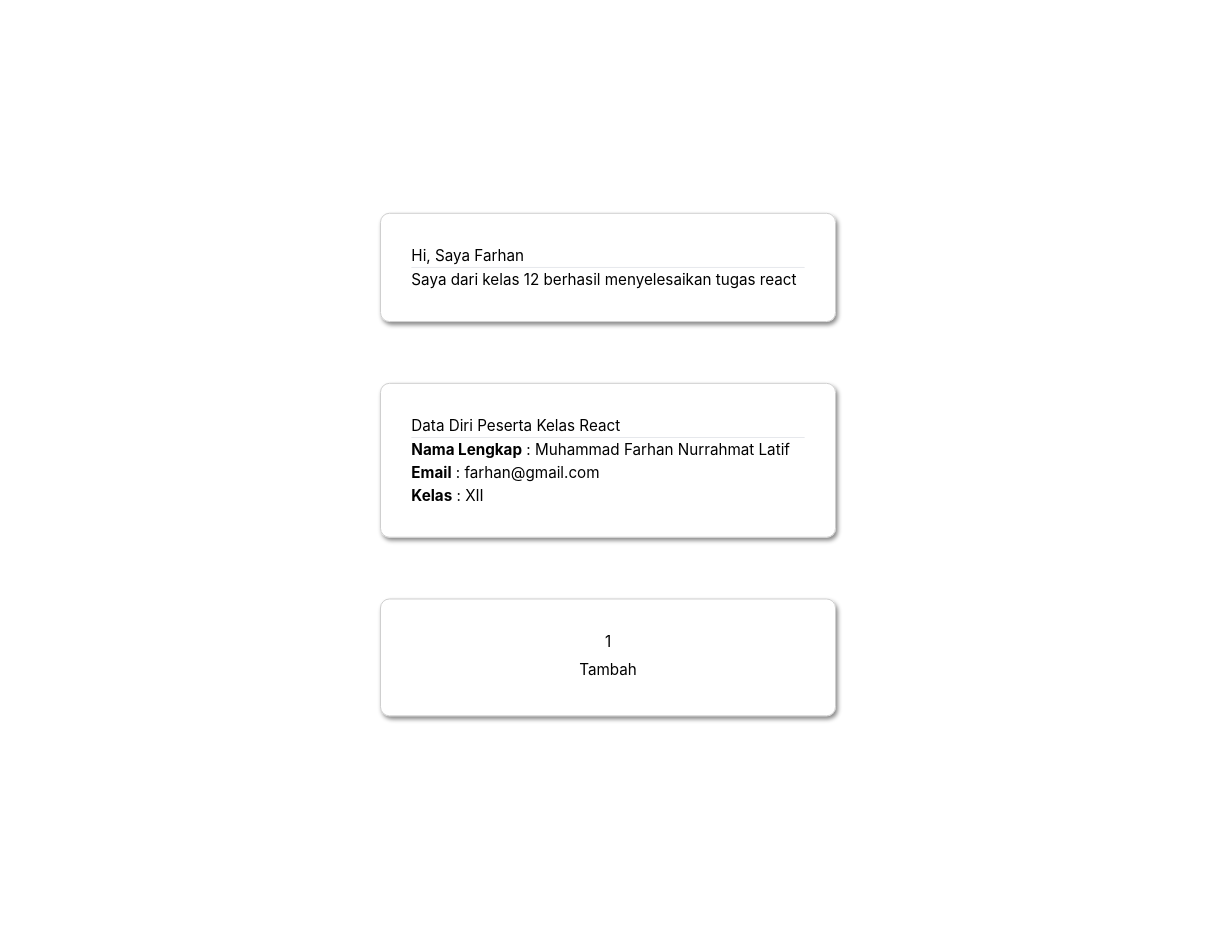
Repository: mfarhannr/Tugas-Reactjs_Farhan
Page: /
An editor plug-in stored every save of this project. The page is shown before and after the next save, followed by the edit.
The browser window is 1280 px wide. The pictures show the whole page, at 95% of full size.
The project was rebuilt for these pictures with package versions that can differ from the ones it lists, and the page was loaded fresh each time.

Above is the page before, as saved 2024-05-06 15:06:31.

After the next save:
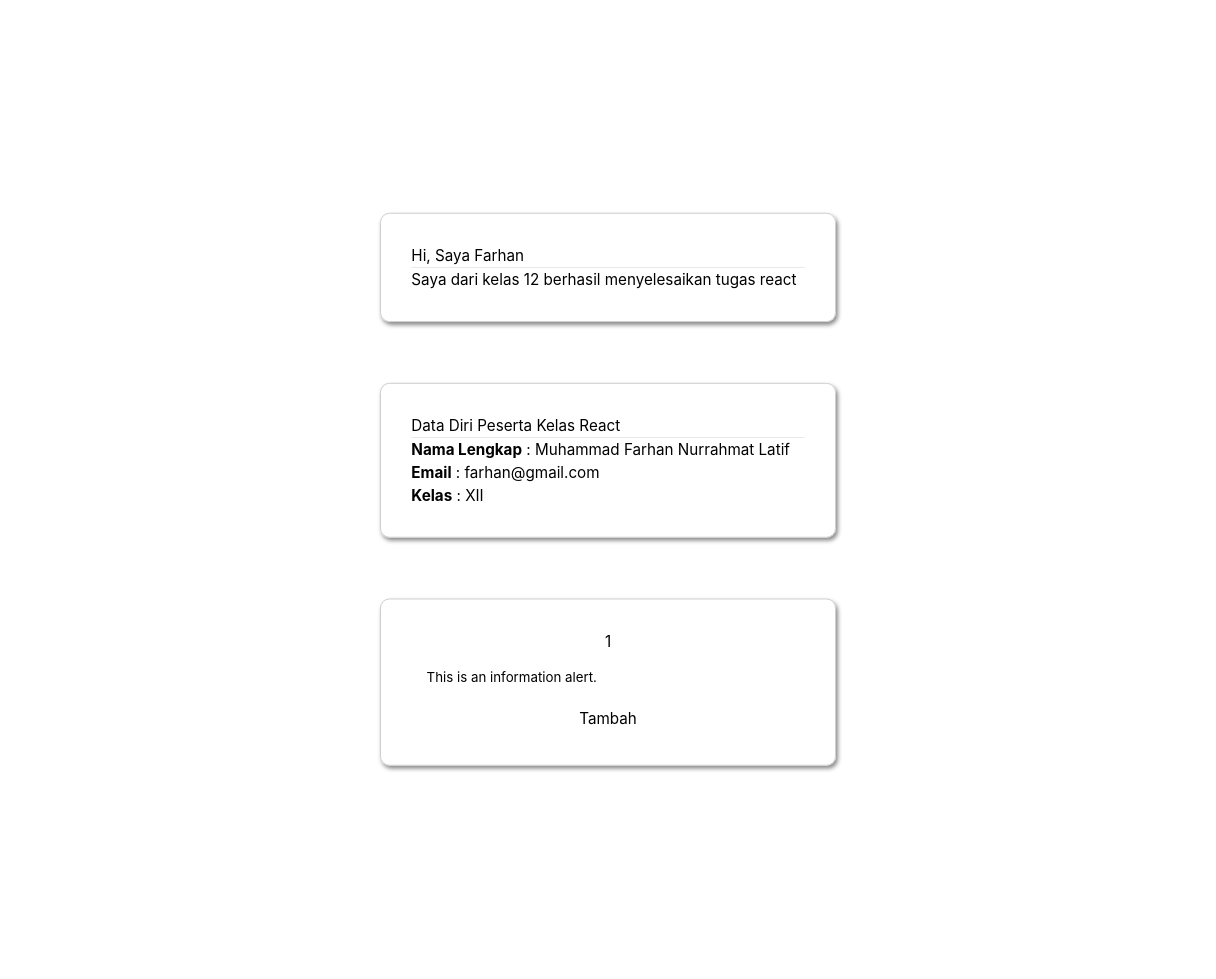
Saved 4 s later.
--- a/src/tugas8/tugas8.js
+++ b/src/tugas8/tugas8.js
@@ -17,13 +17,16 @@
     return (
       <div className="Card8">
         <p>{count}</p>
+        <Alert variant="info">This is an information alert.</Alert>
+        {/* Other Flowbite components */}
         {count > 10 ? (
           <p>sudah lebih dari 10</p>
         ) : (
-          <button className="tambah"  onClick={this.handleIncrement}>Tambah</button>
+          <button className="tambah" onClick={this.handleIncrement}>
+            Tambah
+          </button>
         )}
-        </div>
-
+      </div>
     );
   }
 }

After the 3 saves that followed:
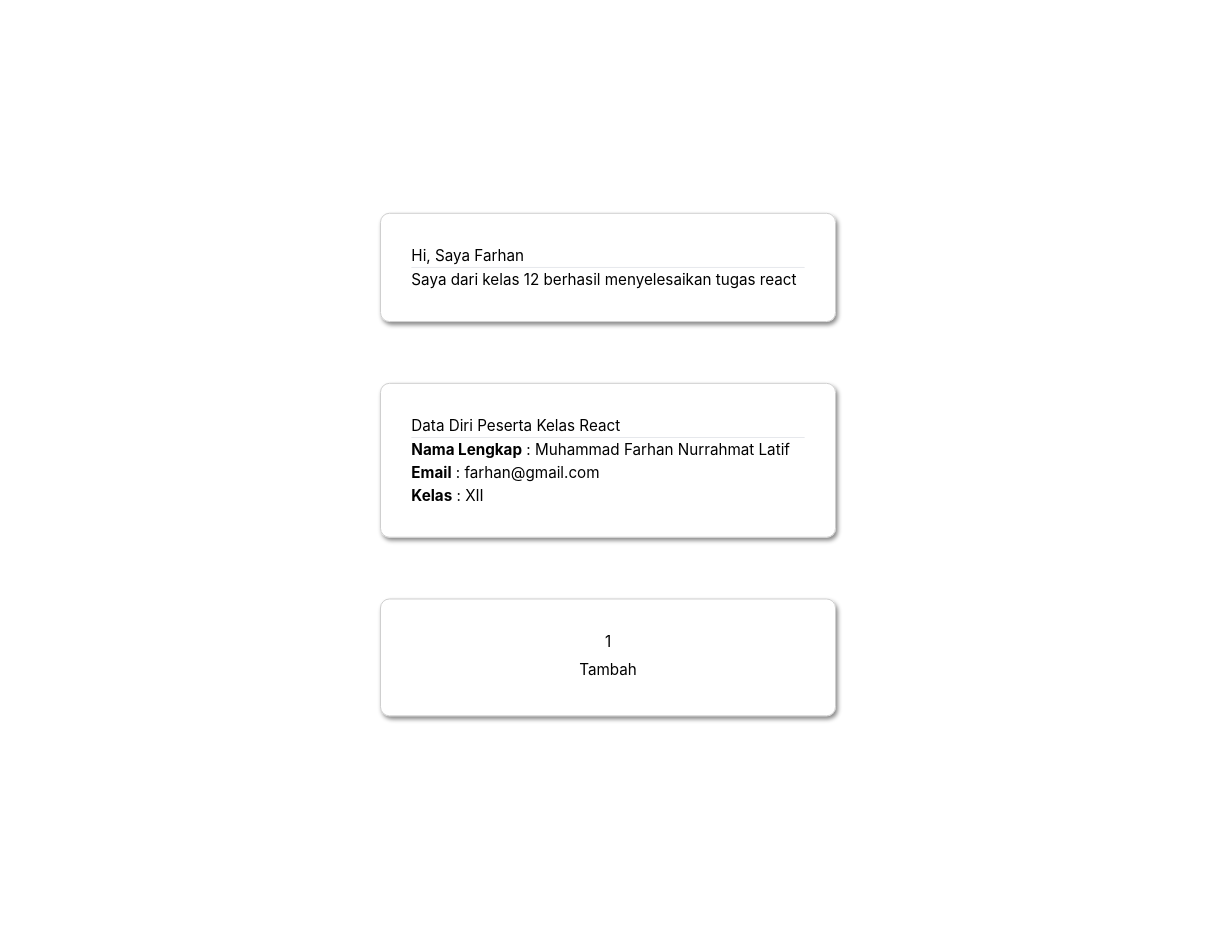
The 3 saves are shown as one change because they came seconds apart.
The last was saved 31 s later.
--- a/src/tugas8/tugas8.js
+++ b/src/tugas8/tugas8.js
@@ -1,5 +1,4 @@
 import React, { Component } from 'react';
-import { Alert } from "flowbite-react";
 class Tugas8 extends Component {
   constructor(props) {
     super(props);
@@ -17,14 +16,10 @@
     return (
       <div className="Card8">
         <p>{count}</p>
-        <Alert variant="info">This is an information alert.</Alert>
-        {/* Other Flowbite components */}
         {count > 10 ? (
           <p>sudah lebih dari 10</p>
         ) : (
-          <button className="tambah" onClick={this.handleIncrement}>
-            Tambah
-          </button>
+          <button className="tambah"  onClick={this.handleIncrement}>Tambah</button>
         )}
       </div>
     );
